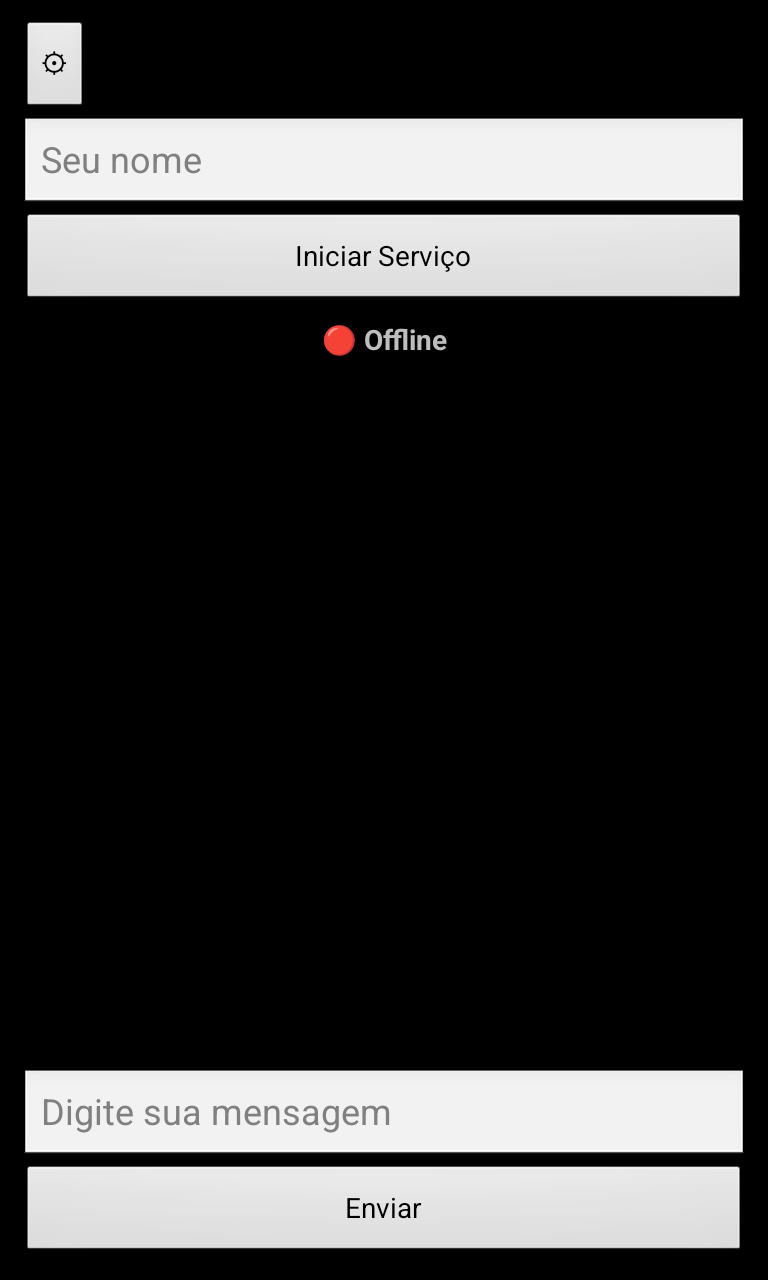
Repository: JoelmirMoura/AppMensagem
Layout: Mensagem/res/layout/main.xml
An editor plug-in stored every save of this project. The layout is shown before and after the next save, followed by the edit.
It is drawn on a 768 x 1280 px phone screen (xhdpi) without system bars, with theme android:Theme; the app's code is not run.

Above is the layout before, as saved 2026-04-27 11:38:44.

After the next save:
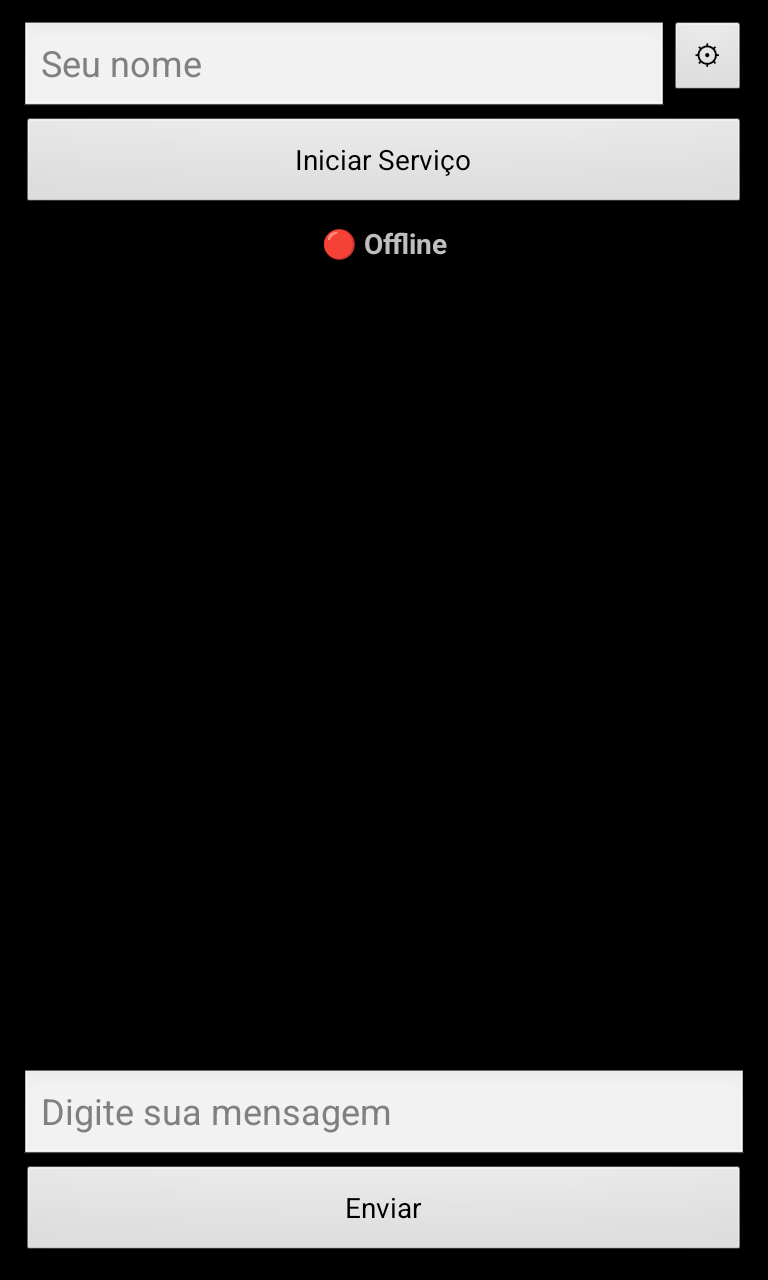
Saved 16 min 2 s later.
--- a/Mensagem/res/layout/main.xml
+++ b/Mensagem/res/layout/main.xml
@@ -4,19 +4,28 @@
     android:layout_width="fill_parent"
     android:layout_height="fill_parent">
 
-	<Button
-    	android:id="@+id/btnConfig"
-    	android:layout_width="wrap_content"
-    	android:layout_height="wrap_content"
-    	android:text="⚙"
-    	android:layout_alignParentTop="true"
-    	android:layout_alignParentRight="true"/>
-	<EditText
-    	android:id="@+id/editNome"
-    	android:layout_width="match_parent"
-    	android:layout_height="wrap_content"
-    	android:hint="Seu nome"/>
-    <!-- 🔹 BOTÃO ÚNICO -->
+    <!-- 🔥 TOPO (CONFIG + NOME) -->
+    <RelativeLayout
+        android:layout_width="fill_parent"
+        android:layout_height="wrap_content">
+
+        <EditText
+            android:id="@+id/editNome"
+            android:layout_width="fill_parent"
+            android:layout_height="wrap_content"
+            android:hint="Seu nome"
+            android:layout_toLeftOf="@id/btnConfig"
+            android:layout_centerVertical="true"/>
+
+        <Button
+            android:id="@+id/btnConfig"
+            android:layout_width="40dp"
+            android:layout_height="40dp"
+            android:text="⚙"
+            android:layout_alignParentRight="true"/>
+    </RelativeLayout>
+
+    <!-- 🔹 BOTÃO SERVIDOR -->
     <Button
         android:id="@+id/btnServidor"
         android:layout_width="fill_parent"
@@ -33,7 +42,7 @@
         android:gravity="center"
         android:textStyle="bold" />
 
-    <!-- 🔥 ÁREA DO CHAT -->
+    <!-- 🔥 CHAT -->
     <ScrollView
         android:id="@+id/scrollChat"
         android:layout_width="fill_parent"
@@ -47,7 +56,6 @@
             android:layout_height="wrap_content"
             android:orientation="vertical"
             android:padding="10dp" />
-
     </ScrollView>
 
     <!-- 🔹 DIGITAÇÃO -->

After the save that followed:
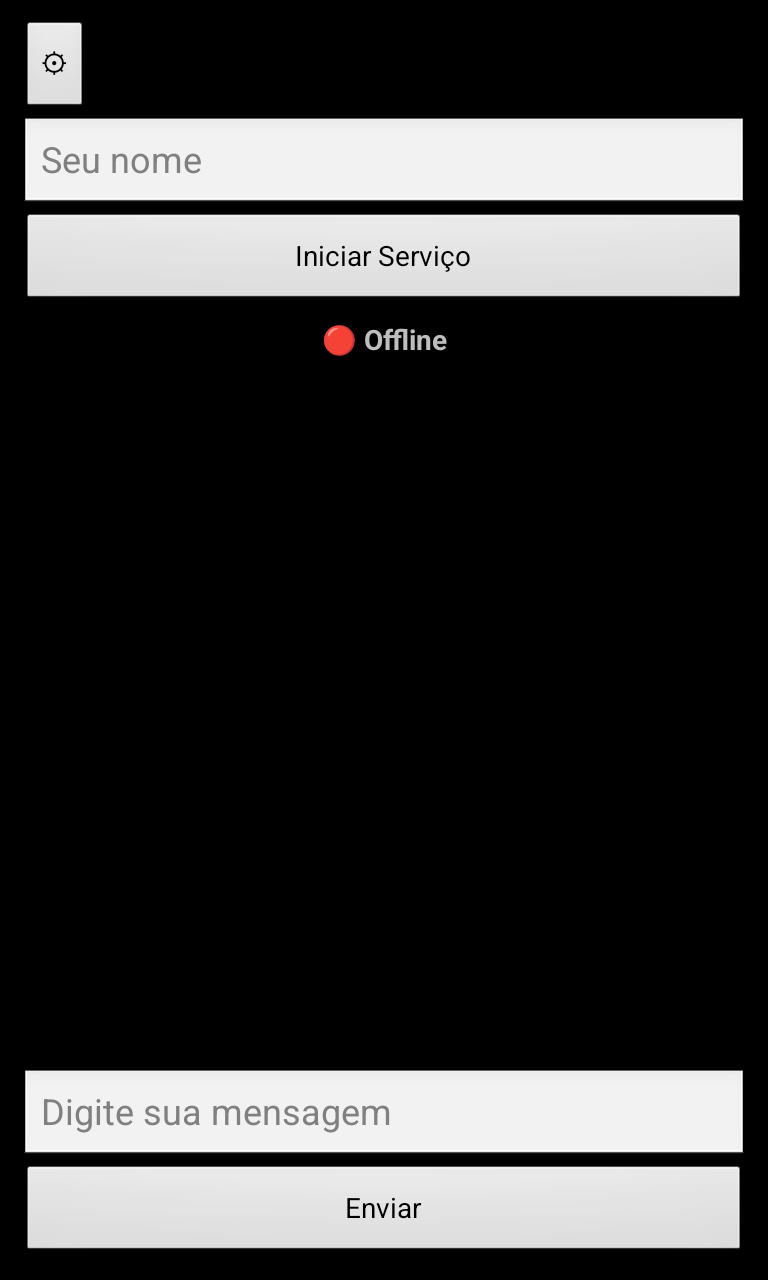
Saved 3 min 13 s later.
--- a/Mensagem/res/layout/main.xml
+++ b/Mensagem/res/layout/main.xml
@@ -4,28 +4,19 @@
     android:layout_width="fill_parent"
     android:layout_height="fill_parent">
 
-    <!-- 🔥 TOPO (CONFIG + NOME) -->
-    <RelativeLayout
-        android:layout_width="fill_parent"
-        android:layout_height="wrap_content">
-
-        <EditText
-            android:id="@+id/editNome"
-            android:layout_width="fill_parent"
-            android:layout_height="wrap_content"
-            android:hint="Seu nome"
-            android:layout_toLeftOf="@id/btnConfig"
-            android:layout_centerVertical="true"/>
-
-        <Button
-            android:id="@+id/btnConfig"
-            android:layout_width="40dp"
-            android:layout_height="40dp"
-            android:text="⚙"
-            android:layout_alignParentRight="true"/>
-    </RelativeLayout>
-
-    <!-- 🔹 BOTÃO SERVIDOR -->
+	<Button
+    	android:id="@+id/btnConfig"
+    	android:layout_width="wrap_content"
+    	android:layout_height="wrap_content"
+    	android:text="⚙"
+    	android:layout_alignParentTop="true"
+    	android:layout_alignParentRight="true"/>
+	<EditText
+    	android:id="@+id/editNome"
+    	android:layout_width="match_parent"
+    	android:layout_height="wrap_content"
+    	android:hint="Seu nome"/>
+    <!-- 🔹 BOTÃO ÚNICO -->
     <Button
         android:id="@+id/btnServidor"
         android:layout_width="fill_parent"
@@ -42,7 +33,7 @@
         android:gravity="center"
         android:textStyle="bold" />
 
-    <!-- 🔥 CHAT -->
+    <!-- 🔥 ÁREA DO CHAT -->
     <ScrollView
         android:id="@+id/scrollChat"
         android:layout_width="fill_parent"
@@ -56,6 +47,7 @@
             android:layout_height="wrap_content"
             android:orientation="vertical"
             android:padding="10dp" />
+
     </ScrollView>
 
     <!-- 🔹 DIGITAÇÃO -->
